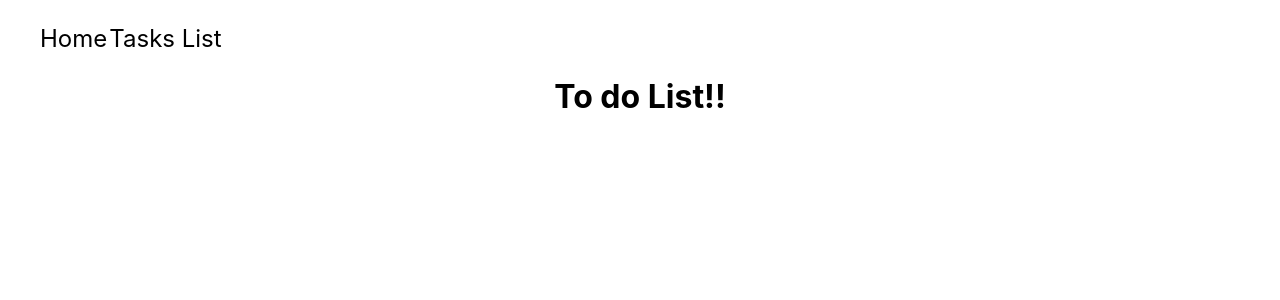
Repository: runner855/abstract_todolist
Page: /
The author's editor kept a copy of each file at every save. The page is drawn from the files as they stood at one save, then again after the next save.
The browser window is 1280 px wide. The pictures show the whole page.
The project was rebuilt for these pictures with package versions that can differ from the ones it lists, and the page was loaded fresh each time.

Above is the page before, as saved 2022-11-08 15:24:17.

### src/App.tsx
import React from "react";
import { Header } from "./Header";
import "./App.css";

export const App = () => {
  return (
    <div className="App">
      <Header />
      <h1>To do List!!</h1>
    </div>
  );
};

### src/Header.tsx
import * as React from "react";
import "./Header.css";

export const Header = () => {
  return (
    <div className="home">
      <ul>
        <li>Home</li>
        <li>Tasks List</li>
      </ul>
    </div>
  );
};

### src/Header.css
ul{
   text-align: left;
   list-style: none;
   font-size: 1.5em;
   display: flex;

}
ul li {
    margin-right: 2px;
}

Loaded but not shown: public/index.html (common file); src/index.tsx (common file); src/index.css (common file); src/App.css (common file)

After the next save:
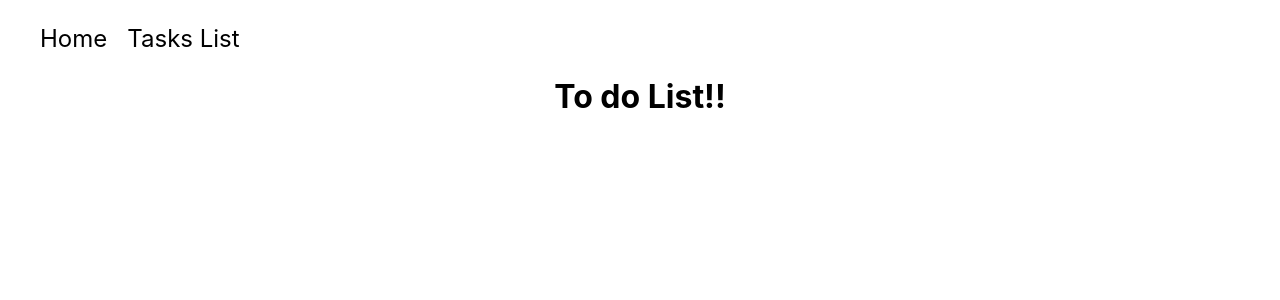
Saved 14 s later.
--- a/src/Header.css
+++ b/src/Header.css
@@ -6,5 +6,5 @@ ul{
 
 }
 ul li {
-    margin-right: 2px;
+    margin-right: 20px;
 }
